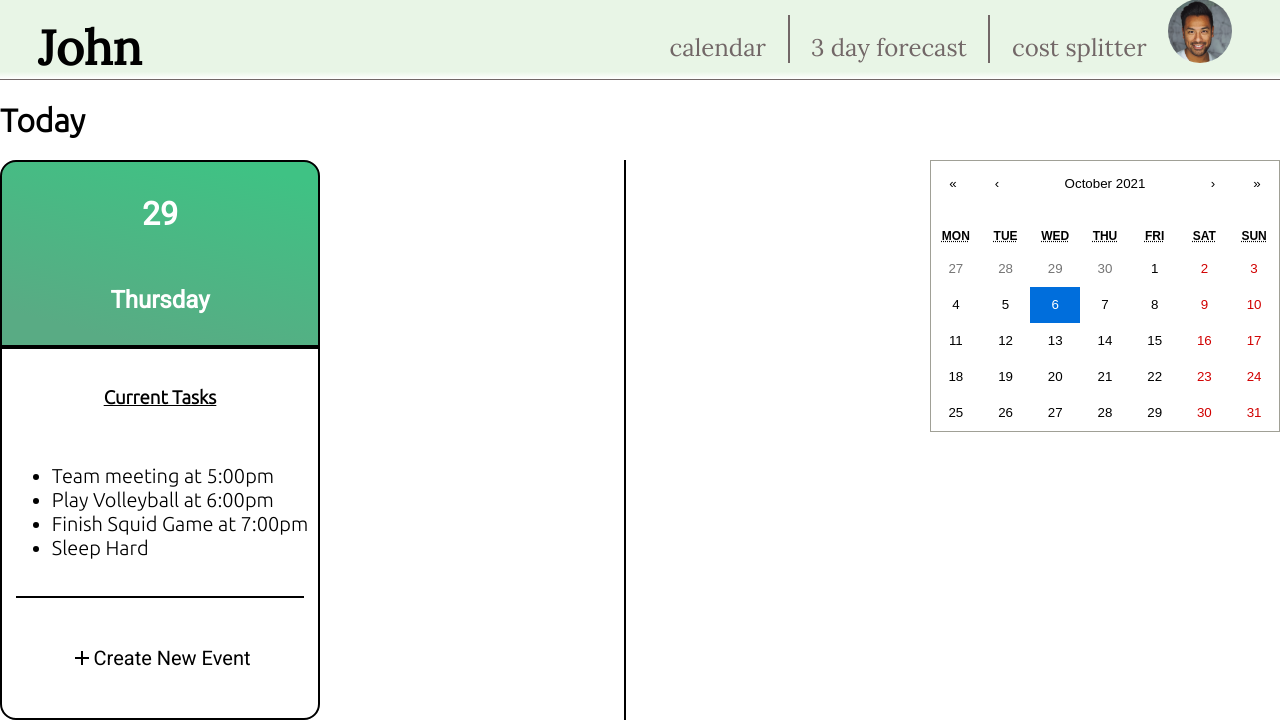
Repository: wilyyy/John
Page: /calendar (app in john-app/)
The author's editor kept a copy of each file at every save. The page is drawn from the files as they stood at one save, then again after the next save.
The browser window is 1280 px wide. The pictures show the whole page.
The project was rebuilt for these pictures with package versions that can differ from the ones it lists, and the page was loaded fresh each time. The framework's server and built-in components were replaced by stand-ins that run in the browser. Also part of the build but not shown: john-app/next.config.js.

Above is the page before, as saved 2021-10-06 23:07:46.

After the next save:
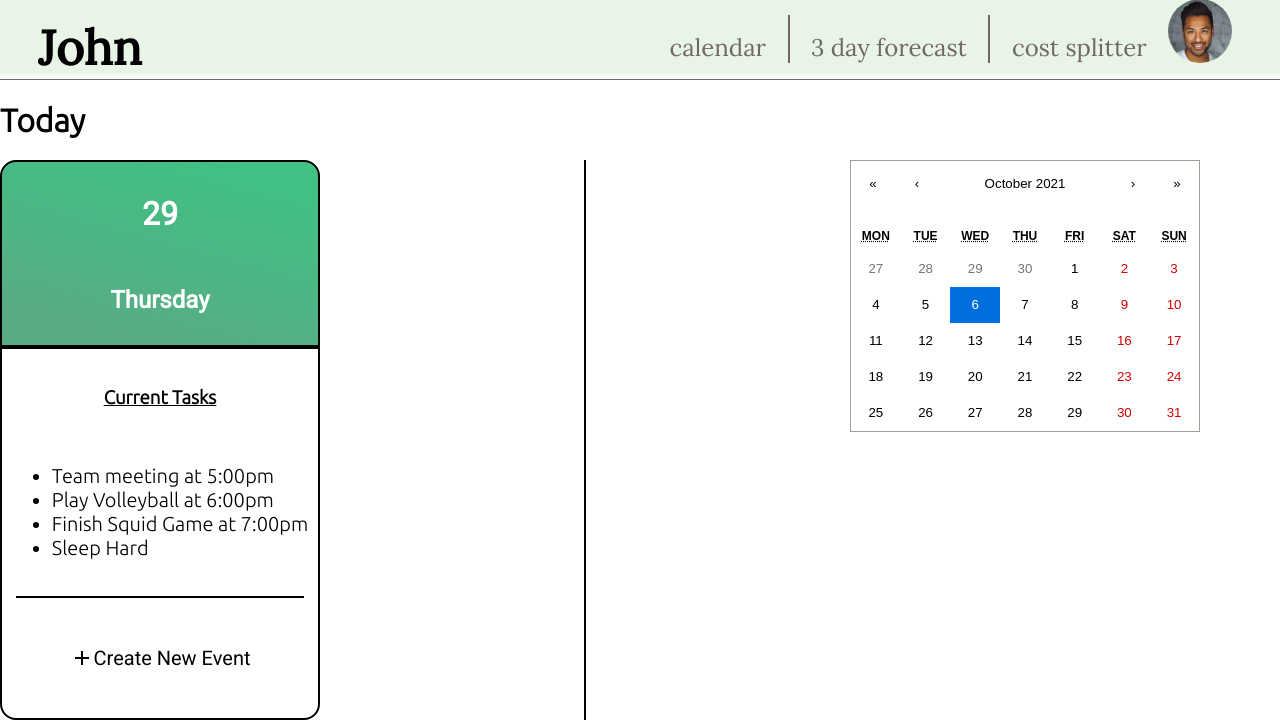
Saved 8 s later.
--- a/john-app/pages/calendar.js
+++ b/john-app/pages/calendar.js
@@ -23,7 +23,7 @@ const CalendarPageCont = styled.div`
 
 const CalendarPageRow = styled.div`
     display: flex;
-    width: 80rem;
+    width: 75rem;
     height: 35rem;
     justify-content: space-between;
 `;
